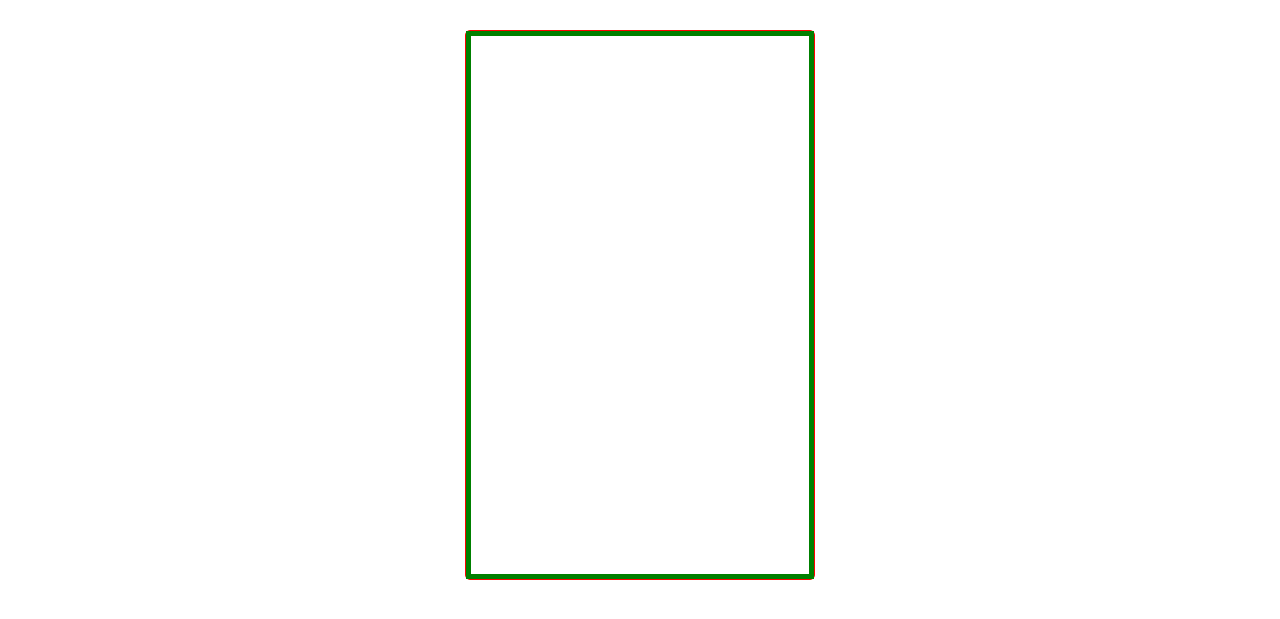
Repository: OfirLana/Calculator
Page: index.html
These files come from the project's save history. The page is drawn as it stood at one moment and after the next save; the edit follows.
The browser window is 1280 px wide. The pictures show the whole page.

Above is the page before, as saved 2019-03-12 17:23:11.

After the next save:
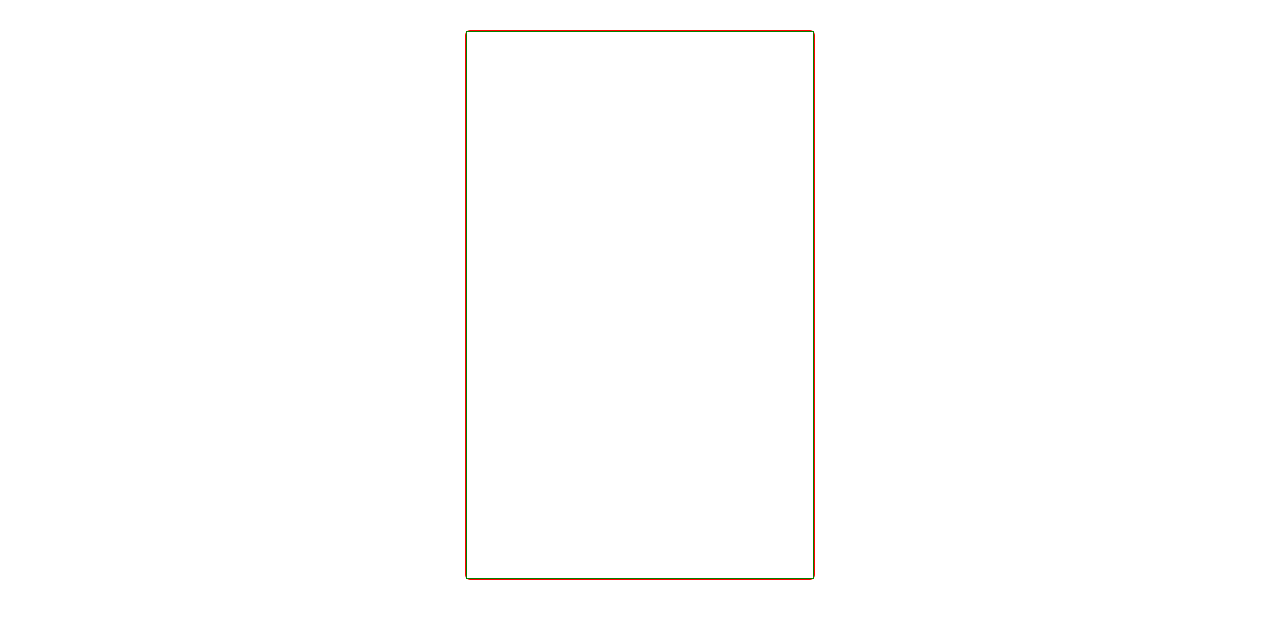
Saved 4 s later.
--- a/style.css
+++ b/style.css
@@ -27,7 +27,7 @@ body {
     }
 
     .out_put_box{
-        border:5px solid green;
+        border:1px solid green;
         width:100%;
 
     }
